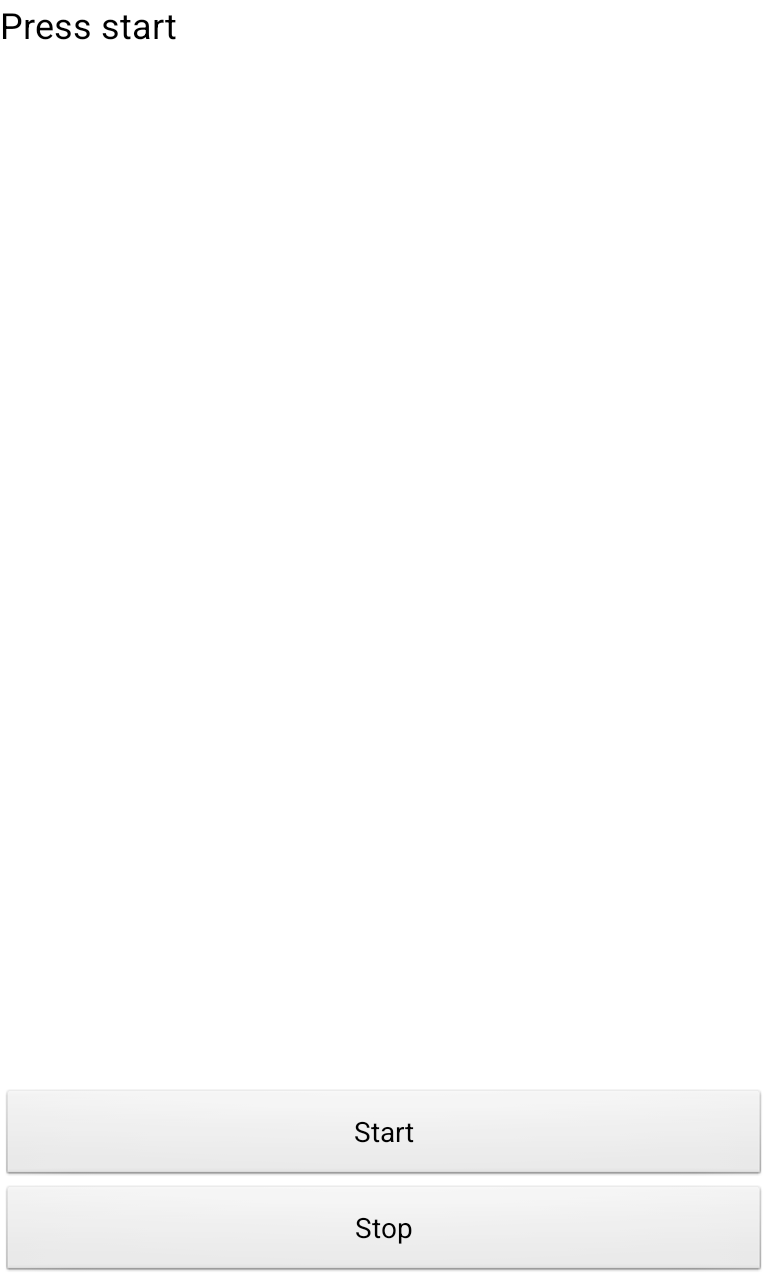
Repository: agejku/Embedded-Systems
Layout: Positionsensor/res/layout/main.xml
The author's editor kept a copy of each file at every save. The layout is drawn from the files as they stood at one save, then again after the next save.
It is drawn on a 768 x 1280 px phone screen (xhdpi) without system bars, with theme AppTheme; the app's code is not run.

Above is the layout before, as saved 2014-04-23 16:12:57.

### Positionsensor/res/layout/main.xml
<?xml version="1.0" encoding="utf-8"?>
<RelativeLayout xmlns:android="http://schemas.android.com/apk/res/android"
    android:id="@+id/NetNumber1"
    android:layout_width="fill_parent"
    android:layout_height="wrap_content"
    android:orientation="vertical" >


   <TextView
       android:id="@+id/network1"
       android:layout_width="wrap_content"
       android:layout_height="wrap_content"
       android:layout_alignParentLeft="true"
       android:layout_alignParentTop="true"
       android:text="@string/network1"
       android:textAppearance="?android:attr/textAppearanceMedium" />

   <LinearLayout
       android:layout_width="wrap_content"
       android:layout_height="wrap_content"
       android:layout_alignParentLeft="true"
       android:layout_below="@+id/netzwerk5" >
   </LinearLayout>

   <Button
       android:id="@+id/btnStopService"
       android:layout_width="fill_parent"
       android:layout_height="wrap_content"
       android:layout_alignParentBottom="true"
       android:layout_alignParentLeft="true"
       android:onClick="stopService"
       android:text="@string/stop_service" />

   <Button
       android:id="@+id/btnStartService"
       android:layout_width="fill_parent"
       android:layout_height="wrap_content"
       android:layout_above="@+id/btnStopService"
       android:layout_alignParentLeft="true"
       android:onClick="startService"
       android:text="@string/start_service" />

</RelativeLayout>

### Positionsensor/res/values/strings.xml
<resources>

    <string name="app_name">Positionsensor</string>
    <string name="menu_settings">Settings</string>
    <string name="title_activity_main">Positionsensor</string>
    <string name="start_service">Start</string>
    <string name="stop_service">Stop</string>
    <string name="start_rssi">Values</string>
    <string name="network1">Press start</string>


</resources>

Loaded but not shown: Positionsensor/res/values/styles.xml (common file)

After the next save:
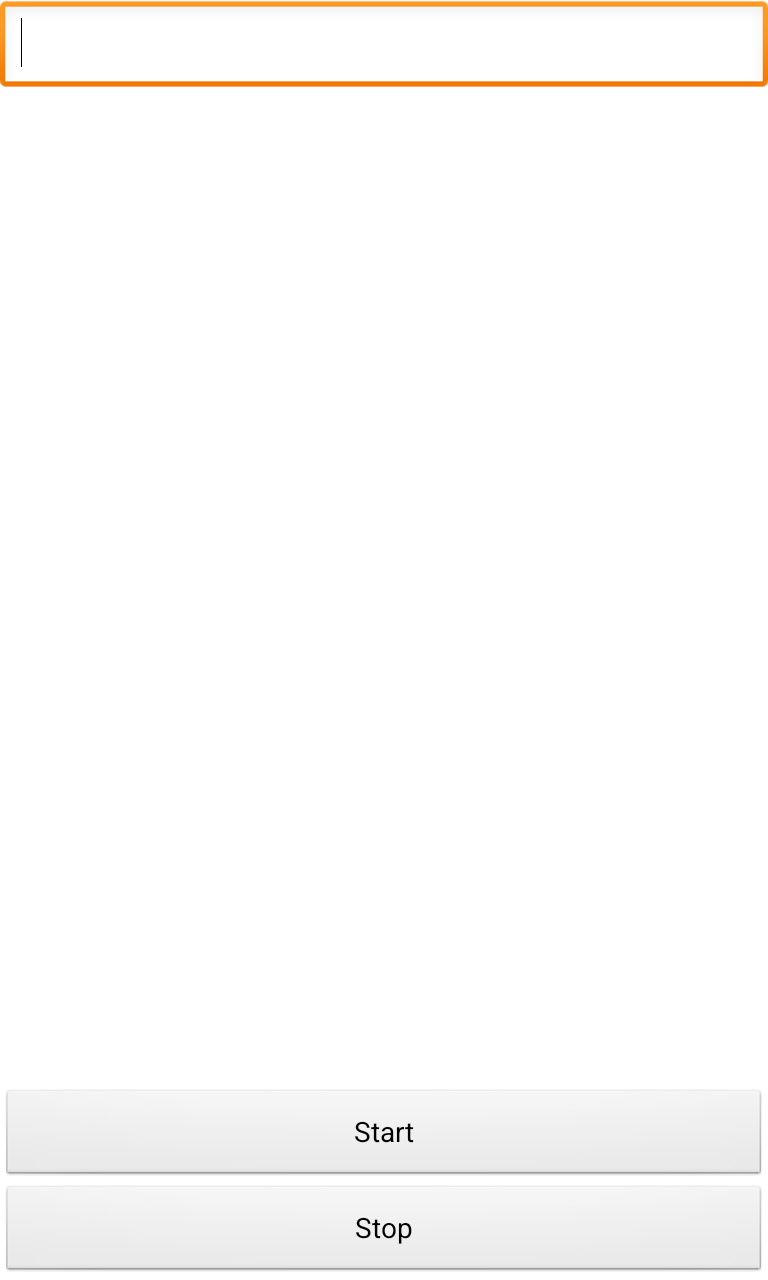
Saved 4 s later.
--- a/Positionsensor/res/layout/main.xml
+++ b/Positionsensor/res/layout/main.xml
@@ -2,42 +2,46 @@
 <RelativeLayout xmlns:android="http://schemas.android.com/apk/res/android"
     android:id="@+id/NetNumber1"
     android:layout_width="fill_parent"
-    android:layout_height="wrap_content"
+    android:layout_height="match_parent"
     android:orientation="vertical" >
 
+    <LinearLayout
+        android:id="@+id/linearLayout1"
+        android:layout_width="wrap_content"
+        android:layout_height="wrap_content"
+        android:layout_alignParentLeft="true"
+        android:layout_below="@+id/netzwerk5" >
+    </LinearLayout>
 
-   <TextView
-       android:id="@+id/network1"
-       android:layout_width="wrap_content"
-       android:layout_height="wrap_content"
-       android:layout_alignParentLeft="true"
-       android:layout_alignParentTop="true"
-       android:text="@string/network1"
-       android:textAppearance="?android:attr/textAppearanceMedium" />
+    <Button
+        android:id="@+id/btnStopService"
+        android:layout_width="fill_parent"
+        android:layout_height="wrap_content"
+        android:layout_alignParentBottom="true"
+        android:layout_alignParentLeft="true"
+        android:onClick="stopService"
+        android:text="@string/stop_service" />
 
-   <LinearLayout
-       android:layout_width="wrap_content"
-       android:layout_height="wrap_content"
-       android:layout_alignParentLeft="true"
-       android:layout_below="@+id/netzwerk5" >
-   </LinearLayout>
+    <Button
+        android:id="@+id/btnStartService"
+        android:layout_width="fill_parent"
+        android:layout_height="wrap_content"
+        android:layout_above="@+id/btnStopService"
+        android:layout_alignParentLeft="true"
+        android:onClick="startService"
+        android:text="@string/start_service" />
 
-   <Button
-       android:id="@+id/btnStopService"
-       android:layout_width="fill_parent"
-       android:layout_height="wrap_content"
-       android:layout_alignParentBottom="true"
-       android:layout_alignParentLeft="true"
-       android:onClick="stopService"
-       android:text="@string/stop_service" />
+    <EditText
+        android:id="@+id/network1"
+        android:layout_width="wrap_content"
+        android:layout_height="wrap_content"
+        android:layout_alignParentRight="true"
+        android:layout_alignParentTop="true"
+        android:layout_toRightOf="@+id/linearLayout1"
+        android:ems="10"
+        android:inputType="textMultiLine" >
 
-   <Button
-       android:id="@+id/btnStartService"
-       android:layout_width="fill_parent"
-       android:layout_height="wrap_content"
-       android:layout_above="@+id/btnStopService"
-       android:layout_alignParentLeft="true"
-       android:onClick="startService"
-       android:text="@string/start_service" />
+        <requestFocus />
+    </EditText>
 
 </RelativeLayout>
